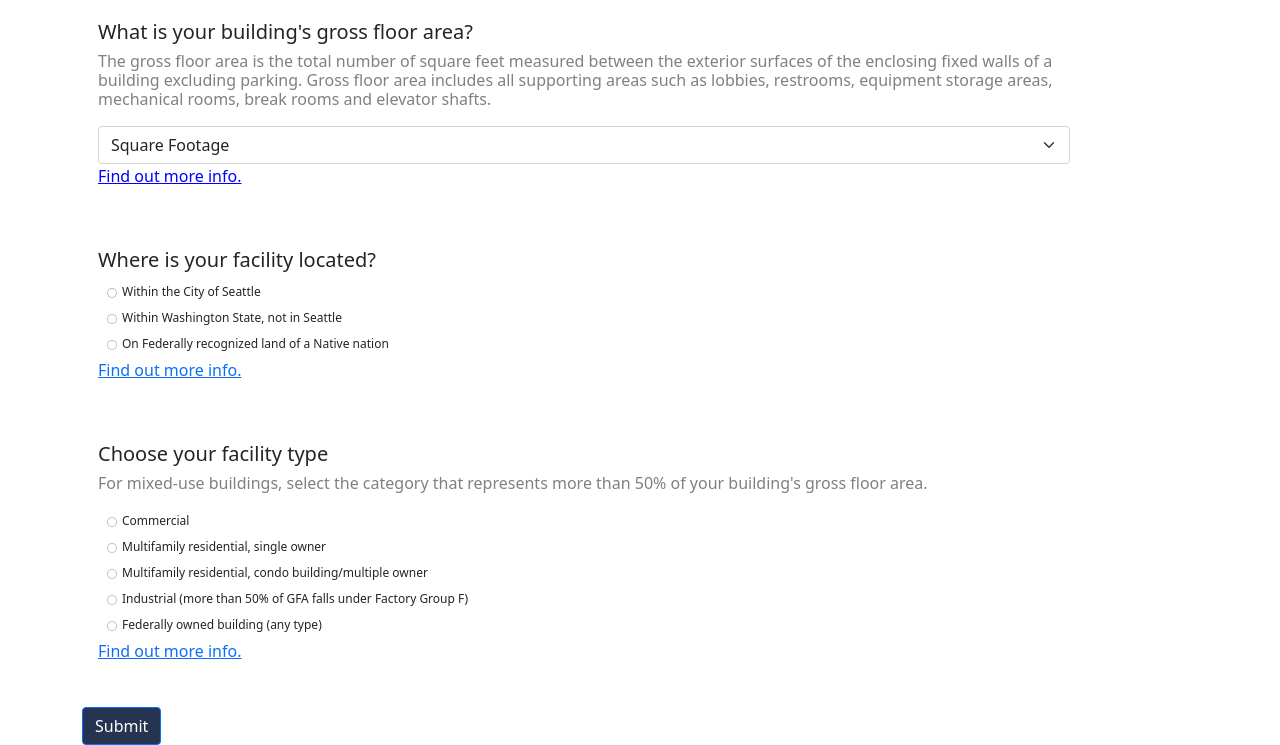
Repository: ChaidGPT/SershonSystemsQuiz
Page: index.html
The author's editor kept a copy of each file at every save. The page is drawn from the files as they stood at one save, then again after the next save.
The browser window is 1280 px wide. The pictures show the whole page.

Above is the page before, as saved 2023-07-08 16:14:15.

### index.html
<!DOCTYPE html>
<html>

<head>
	<meta charset="utf-8">
	<title>Quiz</title>
	<link rel="stylesheet" href="https://cdn.jsdelivr.net/npm/bootstrap@5.0.2/dist/css/bootstrap.min.css">
	<style>
	.card {
		width: 90%;
        border: none;
	}

	.card-column {
		display: flex;
		flex-direction: column;
		align-items: center;
		max-width: auto;
	}

    .btn {
        color: white;
        background-color: #253551;
    }

	.card-body p {
		font-size: 8;
		color: gray;
		line-height: 1.2;
	}

	.form-check-input[type="radio"] {
        font-size: 10px;
		margin-right: 5px;
    }

    .form-check-label {
        font-size: 12px;
    }

	.form-check {
  display: flex;
  align-items: center;
}

.info-link {
    color: blue;
}
	</style>
</head>

<body>
	<div class="container">
		<!-- Question 1 Card -->
		<div class="card mb-1 mt-1">
			<div class="card-body">
				<h5 class="card-title">What is your building's gross floor area?</h5>
				<p class="card-text">The gross floor area is the total number of square feet measured between the exterior surfaces of the enclosing fixed walls of a building excluding parking. Gross floor area includes all supporting areas such as lobbies, restrooms, equipment storage areas, mechanical rooms, break rooms and elevator shafts.</p>
				<div class="form-group">
					<select id="buildingSize" type="number" class="form-select">
						<option value="">Square Footage</option>
						<option value="under20k">less than 20k square feet</option>
						<option value="20kTo30k">20k - 30k square feet</option>
						<option value="30kTo50k">30k - 50k square feet</option>
						<option value="50kTo70k">50k - 70k square feet</option>
						<option value="70kTo90k">70k - 90k square feet</option>
						<option value="90kTo100k">90k - 100k square feet</option>
						<option value="100kTo200k">100k - 200k square feet</option>
						<option value="200kTo220k">200k - 220k square feet</option>
						<option value="over220k">over 220k square feet</option>
					</select>
				</div>
				<a href="" target="_blank" class="info-link">Find out more info.</a>
			</div>
		</div>
		<!-- Question 1 Card End -->
		<br>
		<!-- Question 2 Card -->
		<div class="card mb-1">
			<div class="card-body">
				<h5 class="card-title">Where is your facility located?</h5>
				<div class="form-check">
					<input type="radio" id="seattle" name="buildingLocation" value="seattle" class="form-check-input">
					<label for="seattle" class="form-check-label">Within the City of Seattle</label>
				</div>
				<div class="form-check">
					<input type="radio" id="washington" name="buildingLocation" value="washington" class="form-check-input">
					<label for="washington" class="form-check-label">Within Washington State, not in Seattle</label>
				</div>
				<div class="form-check">
					<input type="radio" id="native" name="buildingLocation" value="native" class="form-check-input">
					<label for="native" class="form-check-label">On Federally recognized land of a Native nation</label>
				</div>
				<a href="" target="_blank">Find out more info.</a>
			</div>
		</div>
		<!-- Question 2 Card End -->
		<br>
		<!-- Question 3 Card -->
		<div class="card mb-1">
			<div class="card-body">
				<h5 class="card-title">Choose your facility type</h5>
				<p class="card-text">For mixed-use buildings, select the category that represents more than 50% of your building's gross floor area.</p>
				<div class="form-group">
					<div class="form-check">
						<input type="radio" id="commercial" name="facilityType" value="commercial" class="form-check-input">
						<label for="commercial" class="form-check-label">Commercial</label>
					</div>
					<div class="form-check">
						<input type="radio" id="MFsingle" name="facilityType" value="MFsingle" class="form-check-input">
						<label for="MFsingle" class="form-check-label">Multifamily residential, single owner</label>
					</div>
					<div class="form-check">
						<input type="radio" id="MFmultiple" name="facilityType" value="MFmultiple" class="form-check-input">
						<label for="MFmultiple" class="form-check-label">Multifamily residential, condo building/multiple owner</label>
					</div>
					<div class="form-check">
						<input type="radio" id="industrial" name="facilityType" value="industrial" class="form-check-input">
						<label for="industrial" class="form-check-label">Industrial (more than 50% of GFA falls under Factory Group F)</label>
					</div>
					<div class="form-check">
						<input type="radio" id="federal" name="facilityType" value="federal" class="form-check-input">
						<label for="federal" class="form-check-label">Federally owned building (any type)</label>
					</div>
				</div>
				<a href="" target="_blank">Find out more info.</a>
			</div>
		</div>
		<!-- Question 3 Card End -->
		<br>
		<button id="submitBtn" type="submit" class="btn btn-primary">Submit</button>
	</div>


	<script src="https://cdn.jsdelivr.net/npm/bootstrap@5.0.2/dist/js/bootstrap.bundle.min.js"></script>
	<script>

var messageTable = {
      'under20k-seattle-commercial': '9',
      'under20k-seattle-MFsingle': '9',
      'under20k-seattle-MFmultiple': '9',
      'under20k-seattle-industrial': '9',
      'under20k-seattle-federal': '9',
      'under20k-washington-commercial': '9',
      'under20k-washington-MFsingle': '9',
      'under20k-washington-MFmultiple': '9',
      'under20k-washington-industrial': '9',
      'under20k-washington-federal': '9',
      'under20k-native-commercial': '9',
      'under20k-native-MFsingle': '9',
      'under20k-native-MFmultiple': '9',
      'under20k-native-industrial': '9',
      'under20k-native-federal': '9',

      '20kTo30k-seattle-commercial': '8',
      '20kTo30k-seattle-MFsingle': '14',
      '20kTo30k-seattle-MFmultiple': '19',
      '20kTo30k-seattle-industrial': '9',
      '20kTo30k-seattle-federal': '9',
      '20kTo30k-washington-commercial': '23',
      '20kTo30k-washington-MFsingle': '23',
      '20kTo30k-washington-MFmultiple': '9',
      '20kTo30k-washington-industrial': '9',
      '20kTo30k-washington-federal': '9',
      '20kTo30k-native-commercial': '9',
      '20kTo30k-native-MFsingle': '9',
      '20kTo30k-native-MFmultiple': '9',
      '20kTo30k-native-industrial': '9',
      '20kTo30k-native-federal': '9',

      '30kTo50k-seattle-commercial': '7',
      '30kTo50k-seattle-MFsingle': '13',
      '30kTo50k-seattle-MFmultiple': '18',
      '30kTo50k-seattle-industrial': '9',
      '30kTo50k-seattle-federal': '9',
      '30kTo50k-washington-commercial': '23',
      '30kTo50k-washington-MFsingle': '23',
      '30kTo50k-washington-MFmultiple': '9',
      '30kTo50k-washington-industrial': '9',
      '30kTo50k-washington-federal': '9',
      '30kTo50k-native-commercial': '9',
      '30kTo50k-native-MFsingle': '9',
      '30kTo50k-native-MFmultiple': '9',
      '30kTo50k-native-industrial': '9',
      '30kTo50k-native-federal': '9',

      '50kTo70k-seattle-commercial': '6',
      '50kTo70k-seattle-MFsingle': '12',
      '50kTo70k-seattle-MFmultiple': '17',
      '50kTo70k-seattle-industrial': '9',
      '50kTo70k-seattle-federal': '9',
      '50kTo70k-washington-commercial': '22',
      '50kTo70k-washington-MFsingle': '23',
      '50kTo70k-washington-MFmultiple': '9',
      '50kTo70k-washington-industrial': '9',
      '50kTo70k-washington-federal': '9',
      '50kTo70k-native-commercial': '9',
      '50kTo70k-native-MFsingle': '9',
      '50kTo70k-native-MFmultiple': '9',
      '50kTo70k-native-industrial': '9',
      '50kTo70k-native-federal': '9',

      '70kTo90k-seattle-commercial': '5',
      '70kTo90k-seattle-MFsingle': '12',
      '70kTo90k-seattle-MFmultiple': '17',
      '70kTo90k-seattle-industrial': '9',
      '70kTo90k-seattle-federal': '9',
      '70kTo90k-washington-commercial': '22',
      '70kTo90k-washington-MFsingle': '23',
      '70kTo90k-washington-MFmultiple': '9',
      '70kTo90k-washington-industrial': '9',
      '70kTo90k-washington-federal': '9',
      '70kTo90k-native-commercial': '9',
      '70kTo90k-native-MFsingle': '9',
      '70kTo90k-native-MFmultiple': '9',
      '70kTo90k-native-industrial': '9',
      '70kTo90k-native-federal': '9',

      '90kTo100k-seattle-commercial': '4',
      '90kTo100k-seattle-MFsingle': '11',
      '90kTo100k-seattle-MFmultiple': '16',
      '90kTo100k-seattle-industrial': '9',
      '90kTo100k-seattle-federal': '9',
      '90kTo100k-washington-commercial': '21',
      '90kTo100k-washington-MFsingle': '23',
      '90kTo100k-washington-MFmultiple': '9',
      '90kTo100k-washington-industrial': '9',
      '90kTo100k-washington-federal': '9',
      '90kTo100k-native-commercial': '9',
      '90kTo100k-native-MFsingle': '9',
      '90kTo100k-native-MFmultiple': '9',
      '90kTo100k-native-industrial': '9',
      '90kTo100k-native-federal': '9',

      '100kTo200k-seattle-commercial': '3',
      '100kTo200k-seattle-MFsingle': '11',
      '100kTo200k-seattle-MFmultiple': '16',
      '100kTo200k-seattle-industrial': '9',
      '100kTo200k-seattle-federal': '9',
      '100kTo200k-washington-commercial': '21',
      '100kTo200k-washington-MFsingle': '23',
      '100kTo200k-washington-MFmultiple': '9',
      '100kTo200k-washington-industrial': '9',
      '100kTo200k-washington-federal': '9',
      '100kTo200k-native-commercial': '9',
      '100kTo200k-native-MFsingle': '9',
      '100kTo200k-native-MFmultiple': '9',
      '100kTo200k-native-industrial': '9',
      '100kTo200k-native-federal': '9',

      '200kTo220k-seattle-commercial': '2',
      '200kTo220k-seattle-MFsingle': '11',
      '200kTo220k-seattle-MFmultiple': '16',
      '200kTo220k-seattle-industrial': '9',
      '200kTo220k-seattle-federal': '9',
      '200kTo220k-washington-commercial': '21',
      '200kTo220k-washington-MFsingle': '23',
      '200kTo220k-washington-MFmultiple': '9',
      '200kTo220k-washington-industrial': '9',
      '200kTo220k-washington-federal': '9',
      '200kTo220k-native-commercial': '9',
      '200kTo220k-native-MFsingle': '9',
      '200kTo220k-native-MFmultiple': '9',
      '200kTo220k-native-industrial': '9',
      '200kTo220k-native-federal': '9',

      'over220k-seattle-commercial': '1',
      'over220k-seattle-MFsingle': '10',
      'over220k-seattle-MFmultiple': '5',
      'over220k-seattle-industrial': '9',
      'over220k-seattle-federal': '9',
      'over220k-washington-commercial': '20',
      'over220k-washington-MFsingle': '23',
      'over220k-washington-MFmultiple': '9',
      'over220k-washington-industrial': '9',
      'over220k-washington-federal': '9',
      'over220k-native-commercial': '9',
      'over220k-native-MFsingle': '9',
      'over220k-native-MFmultiple': '9',
      'over220k-native-industrial': '9',
      'over220k-native-federal': '9'
    };

	document.querySelector("#submitBtn").addEventListener("click", function(event) {
	event.preventDefault();

	var DD = document.querySelector('#buildingSize').value;
	var R1 = document.querySelector('input[name="buildingLocation"]:checked').value;
	var R2 = document.querySelector('input[name="facilityType"]:checked').value;

	var combination = DD + '-' + R1 + '-' + R2;

	// Retrieve the message from the message table using the combination key
	var message = messageTable[combination] || 'Default message';

	// Hide the quiz container
	document.getElementById('quizContainer').style.display = 'none';

	// Display the result container and set the result message
	document.getElementById('resultContainer').style.display = 'block';
	document.getElementById('resultMessage').innerText = message;
});




	</script>

</body>

</html>

After the next save:
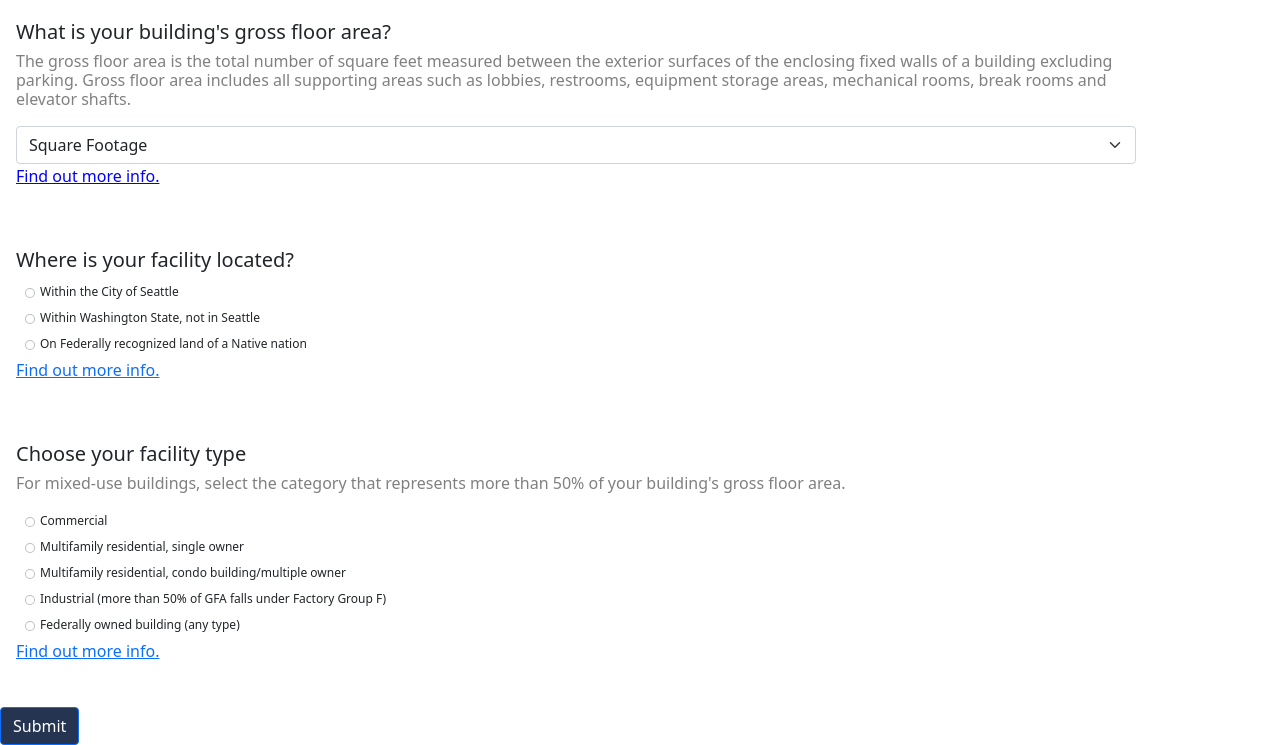
Saved 52 s later.
--- a/index.html
+++ b/index.html
@@ -50,7 +50,7 @@
 </head>
 
 <body>
-	<div class="container">
+	<div class="quizContainer">
 		<!-- Question 1 Card -->
 		<div class="card mb-1 mt-1">
 			<div class="card-body">
